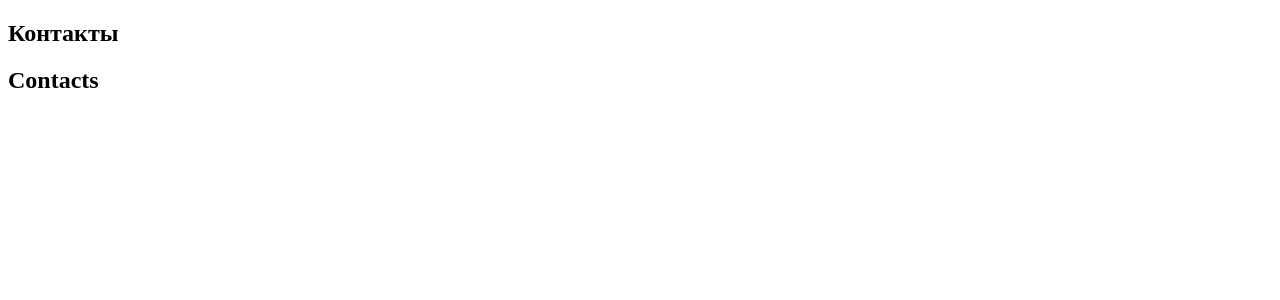
Repository: Azimich/Cleaning_
Page: src/pages/MainPage/contacts/contacts.html
These files come from the project's save history. The page is drawn as it stood at one moment and after the next save; the edit follows.
The browser window is 1280 px wide. The pictures show the whole page.

Above is the page before, as saved 2022-10-11 20:43:13.

### src/pages/MainPage/contacts/contacts.html
<!DOCTYPE html>
<section class="contacts">
  <div class="wrapper">
    <div class="contacts__container">
      <div class="title__block">
        <span class="left__line"></span>
        <h1 class="title">Контакты</h1>
        <span class="right__line"></span>
      </div>
      <div class="contacts__items">
        <div class="contacts__form">
          <h2 class="h2"></h2>
          <p>

          </p>
        </div>
        <div class="contacts__maps"></div>
      </div>
    </div>
  </div>
  <h1>Contacts</h1>
</section>

After the next save:
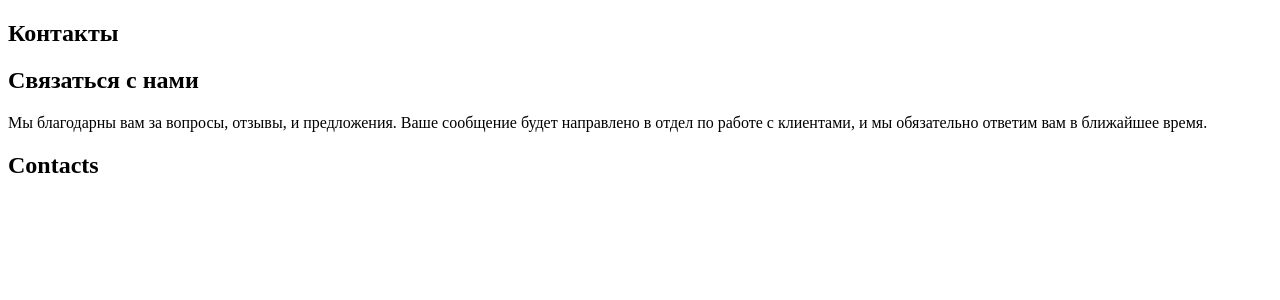
Saved 25 s later.
--- a/src/pages/MainPage/contacts/contacts.html
+++ b/src/pages/MainPage/contacts/contacts.html
@@ -9,9 +9,9 @@
       </div>
       <div class="contacts__items">
         <div class="contacts__form">
-          <h2 class="h2"></h2>
+          <h2 class="h2">Связаться с нами</h2>
           <p>
-
+            Мы благодарны вам за вопросы, отзывы, и предложения. Ваше сообщение будет направлено в отдел по работе с клиентами, и мы обязательно ответим вам в ближайшее время.
           </p>
         </div>
         <div class="contacts__maps"></div>
